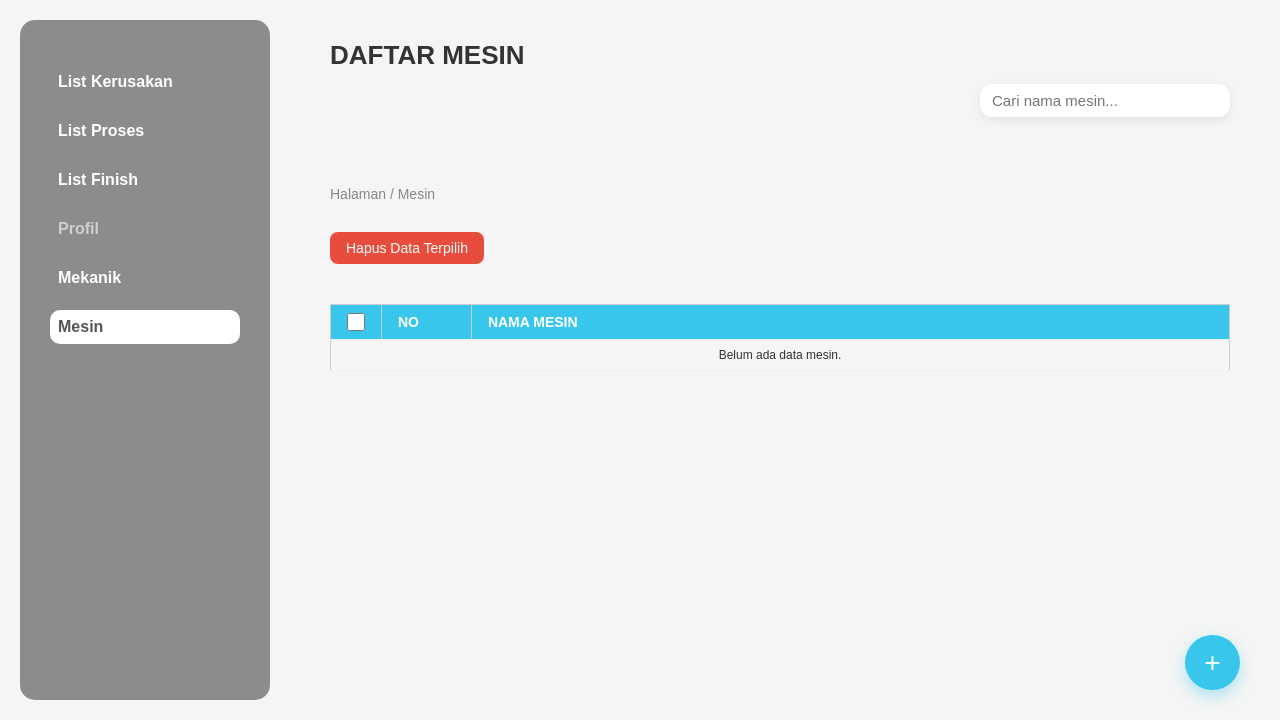
Repository: 1rHub/maintenance
Page: http://localhost/mesin.php
The author's editor kept a copy of each file at every save. The page is drawn from the files as they stood at one save, then again after the next save.
The browser window is 1280 px wide. The pictures show the whole page.
The page is run by PHP 8.4 with error messages shown; the project is at /var/www/html/. Queries for data that is not in the repository find no rows.

Above is the page before, as saved 2025-10-21 15:11:37.

### mesin.php
<?php
include "koneksi.php";
include "sidebar.php";

// === Tambah Mesin ===
if ($_SERVER["REQUEST_METHOD"] === "POST" && isset($_POST["tambah_mesin"])) {
    $nama = trim($_POST["nama_mesin"]);
    if ($nama !== "") {
        mysqli_query($conn, "INSERT INTO mesin (nama_mesin) VALUES ('$nama')");
    }
    header("Location: mesin.php");
    exit;
}

// === Hapus Mesin (multi delete) ===
if ($_SERVER["REQUEST_METHOD"] === "POST" && isset($_POST["hapus_laporan"])) {
    if (!empty($_POST["selected_id"])) {
        $ids = implode(",", array_map('intval', $_POST["selected_id"]));
        mysqli_query($conn, "DELETE FROM mesin WHERE id IN ($ids)");
    }
    header("Location: mesin.php");
    exit;
}

// === Ambil Semua Mesin ===
$result = mysqli_query($conn, "SELECT * FROM mesin ORDER BY id ASC");
$mesin_list = mysqli_fetch_all($result, MYSQLI_ASSOC);
?>
<!DOCTYPE html>
<html lang="id">

<head>
    <meta charset="UTF-8">
    <title>Data Mesin</title>
    <link rel="stylesheet" href="assets/css/style.css">
    <style>
        body {
            font-family: 'Poppins', sans-serif;
        }

        /* === MAIN CONTAINER === */
        .main-container {
            margin-left: 30px;
            padding: 40px 10px 80px;
            overflow-x: hidden;
        }

        #mesinTable {
            width: 100%;
            min-width: 900px;
            table-layout: auto;
        }

        .header-row {
            display: flex;
            align-items: center;
            justify-content: space-between;
            margin-bottom: 25px;
        }

        h1 {
            font-size: 26px;
            font-weight: 700;
            color: #333;
            margin: 0;
            margin-bottom: 90px;
        }

        .breadcrumb {
            color: #888;
            font-size: 14px;
            margin-bottom: 30px;
        }

        /* === SEARCH BOX === */
        .search-box {
            display: flex;
            align-items: center;
            background: #fff;
            border-radius: 12px;
            box-shadow: 0 3px 10px rgba(0, 0, 0, 0.08);
            padding: 8px 12px;
            width: 250px;
        }

        .search-box input {
            flex: 1;
            border: none;
            outline: none;
            background: transparent;
            font-size: 15px;
        }

        .table {
            width: 100%;
            border-collapse: collapse;
            table-layout: fixed;
            min-width: 700px;
        }

        th,
        td {
            padding: 8px 16px;
            border-bottom: 1px solid #eee;
        }

        th {
            background: #39c6ed;
            color: white;
            text-transform: uppercase;
            font-size: 14px;
        }

        td {
            color: #333;
            font-weight: 500;
        }

        /* === CHECKBOX === */
        input[type="checkbox"] {
            width: 18px;
            height: 18px;
            cursor: pointer;
        }

        /* === BUTTON HAPUS DI LUAR TABEL === */
        .hapus-btn {
            background: #e74c3c;
            color: #fff;
            border: none;
            padding: 8px 16px;
            border-radius: 8px;
            font-size: 14px;
            cursor: pointer;
            transition: 0.2s;
            margin-bottom: 20px;
        }

        .hapus-btn:hover {
            background: #c0392b;
            transform: scale(1.05);
        }

        /* === FLOATING ADD BUTTON === */
        .float-btn {
            position: fixed;
            bottom: 30px;
            right: 40px;
            background-color: #39c6ed;
            color: #fff;
            font-size: 28px;
            width: 55px;
            height: 55px;
            border-radius: 50%;
            border: none;
            box-shadow: 0 6px 15px rgba(57, 198, 237, 0.4);
            cursor: pointer;
            transition: 0.3s ease;
        }

        .float-btn:hover {
            background-color: #2da8cf;
            transform: scale(1.1);
        }

        .popup {
            display: none;
            position: fixed;
            top: 0;
            left: 0;
            width: 100%;
            height: 100%;
            background: rgba(0, 0, 0, 0.4);
            justify-content: center;
            align-items: center;
            z-index: 999;
        }

        .popup-content {
            background: #fff;
            border-radius: 12px;
            padding: 20px 30px;
            box-shadow: 0 5px 15px rgba(0, 0, 0, 0.2);
            animation: fadeIn 0.2s ease;
        }

        .close-btn2 {
            float: right;
            font-size: 22px;
            cursor: pointer;
        }

        .popup-content form input[type="text"] {
            width: 100%;
            padding: 10px;
            margin-bottom: 12px;
            border: 1px solid #ccc;
            border-radius: 6px;
        }

        .popup-content button {
            background: #39c6ed;
            color: #fff;
            border: none;
            padding: 8px 16px;
            border-radius: 6px;
            cursor: pointer;
        }

        .popup-content button:hover {
            background: #2da8cf;
        }

        /* === POPUP TAMBAH MESIN === */
        #popupTambah .popup-content {
            width: 400px;
            max-width: 90%;
        }

        /* === POPUP RIWAYAT MESIN === */
        #popupRiwayatMesin .popup-content {
            width: 90%;
            max-width: 1100px;
            /* bisa kamu ubah ke 1000–1200px sesuai selera */
            overflow-x: auto;
            max-height: 85vh;
        }

        #popupRiwayatMesin table {
            width: 100%;
            border-collapse: collapse;
            margin-top: 10px;
        }

        #popupRiwayatMesin th,
        #popupRiwayatMesin td {
            padding: 8px 10px;
            border-bottom: 1px solid #eee;
            text-align: left;
        }

        #popupRiwayatMesin th {
            background: #39c6ed;
            color: #fff;
            font-size: 14px;
            text-transform: uppercase;
        }
    </style>
</head>

<body>
    <div class="main-container">

        <!-- === HEADER ROW === -->
        <div class="header-row">
            <h1>DAFTAR MESIN</h1>
            <div class="search-box">
                <input type="text" id="searchMesin" placeholder="Cari nama mesin...">
            </div>
        </div>
        <p class="breadcrumb">Halaman / Mesin</p>

        <!-- === BUTTON HAPUS DI LUAR TABEL === -->
        <form method="POST" id="formHapus">
            <button type="button" class="hapus-btn" onclick="showHapusPopup()">Hapus Data Terpilih</button>

            <div class="table-wrapper">
                <table id="mesinTable" class="table">
                    <thead>
                        <tr>
                            <th style="width:5%; text-align:center;"><input type="checkbox" id="selectAll"></th>
                            <th style="width:10%;">No</th>
                            <th>Nama Mesin</th>
                        </tr>
                    </thead>
                    <tbody>
                        <?php if (count($mesin_list) > 0): ?>
                            <?php $no = 1;
                            foreach ($mesin_list as $m): ?>
                                <tr class="data-row">
                                    <td style="text-align:center;">
                                        <input type="checkbox" name="selected_id[]" value="<?= $m['id'] ?>">
                                    </td>
                                    <td><?= $no++ ?></td>
                                    <td>
                                        <a href="#" onclick="openRiwayatMesin('<?= htmlspecialchars($m['nama_mesin']) ?>')">
                                            <?= htmlspecialchars($m['nama_mesin']) ?>
                                        </a>
                                    </td>
                                </tr>
                            <?php endforeach; ?>
                        <?php else: ?>
                            <tr>
                                <td colspan="3" style="text-align:center;">Belum ada data mesin.</td>
                            </tr>
                        <?php endif; ?>
                    </tbody>
                </table>
            </div>
        </form>

    </div>

    <!-- ➕ Floating Add Button -->
    <button class="float-btn" onclick="openTambahPopup()">+</button>

    <!-- === POPUP TAMBAH (SAMA SEPERTI KODEMU) === -->
    <div class="popup" id="popupTambah">
        <div class="popup-content">
            <span class="close-btn2" onclick="closeTambahPopup()">&times;</span>
            <h2>Tambah Mesin Baru</h2>
            <form method="POST">
                <input type="text" name="nama_mesin" placeholder="Nama mesin baru" required>
                <button type="submit" name="tambah_mesin">Tambah</button>
            </form>
        </div>
    </div>

    <!-- === POPUP RIWAYAT (SAMA SEPERTI KODEMU) === -->
    <div class="popup" id="popupRiwayatMesin">
        <div class="popup-content" style="max-width:900px;">
            <span class="close-btn2" onclick="closeRiwayatMesin()">&times;</span>
            <h2 id="riwayatMesinTitle">Riwayat Mesin</h2>
            <table>
                <thead>
                    <tr>
                        <th>Tanggal</th>
                        <th>Pelapor</th>
                        <th>Divisi</th>
                        <th>Keterangan</th>
                        <th>Mekanik</th>
                        <th>Pesan Mekanik</th>
                        <th>Kategori</th>
                    </tr>
                </thead>
                <tbody id="riwayatMesinTable">
                    <tr>
                        <td colspan="7" style="text-align:center;">Pilih mesin untuk melihat riwayat.</td>
                    </tr>
                </tbody>
            </table>
        </div>
    </div>

    <!-- === POPUP KONFIRMASI HAPUS === -->
    <div class="popup" id="popupHapus">
        <div class="popup-content" style="width:380px; text-align:center;">
            <h3 style="margin-bottom:15px;">Konfirmasi Hapus</h3>
            <p style="color:#555; margin-bottom:25px;">Apakah kamu yakin ingin menghapus data mesin terpilih?</p>
            <div style="display:flex; justify-content:center; gap:15px;">
                <button onclick="closeHapusPopup()"
                    style="background:#ccc; border:none; color:#333; padding:8px 14px; border-radius:6px; cursor:pointer;">Batal</button>
                <button id="btnHapusYa"
                    style="background:#e74c3c; border:none; color:white; padding:8px 14px; border-radius:6px; cursor:pointer;">Ya,
                    Hapus</button>
            </div>
        </div>
    </div>


    <script>
        // === SELECT ALL CHECKBOX ===
        document.getElementById('selectAll').addEventListener('change', function () {
            const checkboxes = document.querySelectorAll('input[name="selected_id[]"]');
            checkboxes.forEach(cb => cb.checked = this.checked);
        });

        // === LIVE SEARCH ===
        document.getElementById('searchMesin').addEventListener('input', function () {
            const query = this.value.toLowerCase();
            const rows = document.querySelectorAll('#mesinTable tbody tr.data-row');
            let visible = 0;
            rows.forEach(row => {
                const nama = row.cells[2].textContent.toLowerCase();
                if (nama.includes(query)) {
                    row.style.display = '';
                    visible++;
                } else {
                    row.style.display = 'none';
                }
            });

            const tbody = document.querySelector('#mesinTable tbody');
            let emptyRow = document.getElementById('noResultRow');
            if (visible === 0) {
                if (!emptyRow) {
                    emptyRow = document.createElement('tr');
                    emptyRow.id = 'noResultRow';
                    emptyRow.innerHTML = `<td colspan="3" style="text-align:center; height:60px; color:#888;">Tidak ada mesin yang cocok.</td>`;
                    tbody.appendChild(emptyRow);
                }
            } else if (emptyRow) {
                emptyRow.remove();
            }
        });

        // === POPUP TAMBAH MESIN ===
        function openTambahPopup() {
            document.getElementById('popupTambah').style.display = 'flex';
        }

        function closeTambahPopup() {
            document.getElementById('popupTambah').style.display = 'none';
        }

        // === POPUP RIWAYAT MESIN ===
        function openRiwayatMesin(nama) {
            document.getElementById('riwayatMesinTitle').textContent = "Riwayat Mesin: " + nama;
            document.getElementById('popupRiwayatMesin').style.display = 'flex';
        }

        function closeRiwayatMesin() {
            document.getElementById('popupRiwayatMesin').style.display = 'none';
        }

        // === POPUP VALIDASI HAPUS ===
        function showHapusPopup() {
            const checkboxes = document.querySelectorAll('input[name="selected_id[]"]:checked');
            if (checkboxes.length === 0) {
                alert("Pilih minimal satu data mesin untuk dihapus.");
                return;
            }
            document.getElementById('popupHapus').style.display = 'flex';
        }

        function closeHapusPopup() {
            document.getElementById('popupHapus').style.display = 'none';
        }

        document.getElementById('btnHapusYa').addEventListener('click', function () {
            document.getElementById('formHapus').submit();
        });

    </script>

</body>

</html>

### koneksi.php
<?php
$host = "localhost";
$user = "root";
$pass = "";
$db   = "db_laporan";

$conn = new mysqli($host, $user, $pass, $db);

if ($conn->connect_error) {
    die("Koneksi gagal: " . $conn->connect_error);
}
?>

### sidebar.php
<?php

$current_page = basename($_SERVER['PHP_SELF']);
?>

<head>
    <link rel="stylesheet" href="assets/css/style.css">
</head>
<div class="sidebar">
    <ul class="menu">
        <li>
            <a href="dashboard_laporan.php" class="<?= $current_page == 'dashboard_laporan.php' ? 'active' : '' ?>">
                List Kerusakan
            </a>
        </li>
        <li>
            <a href="list_proses.php" class="<?= $current_page == 'list_proses.php' ? 'active' : '' ?>">
                List Proses
            </a>
        </li>
        <li>
            <a href="list_finish.php" class="<?= $current_page == 'list_finish.php' ? 'active' : '' ?>">
                List Finish
            </a>
        </li>
        <li>
            <a href="#" class="disabled">Profil</a>
        </li>
        <li>
            <a href="mekanik.php" class="<?= $current_page == 'mekanik.php' ? 'active' : '' ?>">
                Mekanik
            </a>
        </li>
        <li>
            <a href="mesin.php" class="<?= $current_page == 'mesin.php' ? 'active' : '' ?>">
                Mesin
            </a>
        </li>
    </ul>
    <?php if ($current_page == 'dashboard_laporan.php'): ?>
        <button class="register-btn" onclick="openPopup()">Registrasi Laporan</button>
    <?php endif; ?>
</div>

### assets/css/style.css
* {
	margin: 0;
	padding: 0;
	box-sizing: border-box;
}

body {
	font-family: -apple-system, BlinkMacSystemFont, 'Segoe UI', Roboto, Oxygen, Ubuntu, Cantarell, sans-serif;
	background-color: #f5f5f5;
	display: flex;
	height: 100vh;
}

.sidebar {
	width: 250px;
	background-color: #8c8c8c;
	padding: 30px;
	display: flex;
	flex-direction: column;
	justify-content: space-between;
	border-radius: 15px;
	margin: 20px;
}

.menu {
	list-style: none;
}

.menu li {
	margin: 15px 0;
}

.menu a {
	text-decoration: none;
	font-weight: bold;
	font-size: 16px;
	color: white;
	display: block;
	padding: 8px 8px;
	border-radius: 10px;
}

.menu a.active {
	background-color: white;
	color: #555;
}

.menu a.disabled {
	color: #cfcfcf;
	pointer-events: none;
}

.register-btn {
	background-color: white;
	border: none;
	padding: 10px;
	border-radius: 10px;
	font-weight: bold;
	cursor: pointer;
}

.main-content {
	flex: 1;
	padding: 40px;
}

.main-content h1 {
	font-size: 28px;
	font-weight: bold;
}

.main-content2 {
	margin-bottom: 38px;
}

.breadcrumb {
	margin-top: 5px;
	color: gray;
}

 /* silang pada Detail Laporan */
.popup {
  display: none;
  position: fixed;
  top: 0; left: 0;
  width: 100%;
  height: 100%;
  background: rgba(0,0,0,0.5);
  justify-content: center;
  align-items: center;
  z-index: 1000;
}

.popup-content {
  background: #fff;
  padding: 20px;
  border-radius: 12px;
  width: 400px;
  position: relative;
}

.close-btn {
	float: right;
    position: absolute;
    top: 40px;
    right: 40px;
    font-weight: bold;
	font-size: 25px;
    color: #909090;
    cursor: pointer;
    z-index: 10000; /* pastikan di atas semua isi popup */
}

.close-btn:hover {
    color: #000;
}

.popup-content h2 {
	margin-bottom: 15px;
}

.popup-content label {
	display: block;
	margin-top: 10px;
	font-weight: bold;
}

.popup-content input,
.popup-content select,
.popup-content textarea {
	width: 100%;
	padding: 8px;
	margin-top: 5px;
	border-radius: 5px;
	border: 1px solid #ccc;
}

.popup-content button {
	margin-top: 15px;
	padding: 10px;
	border: none;
	border-radius: 8px;
	background: #8c8c8c;
	color: white;
	font-weight: bold;
	cursor: pointer;
}

.hapus-float-btn {
	position: fixed;
	bottom: 25px;
	right: 25px;
	background-color: #e74c3c;
	color: white;
	padding: 12px 18px;
	border: none;
	border-radius: 8px;
	cursor: pointer;
	font-size: 15px;
	box-shadow: 0 4px 12px rgba(0, 0, 0, 0.2);
	transition: all 0.25s ease;
	z-index: 1000;
}

.hapus-float-btn:hover {
	background-color: #c0392b;
	transform: scale(1.05);
}

table {
	font-size: 12px;
	margin-top: 20px;
	width: 100%;
	border-collapse: collapse;
}

table thead {
	background: #39c6ed;
}

table,
th,
td {
	border: 1px solid #ccc;
}

th,
td {
	padding: 10px;
	text-align: left;
}

.filter {
	display: flex;
	align-items: center;
	gap: 15px;
	margin-top: 20px;
	margin-bottom: 15px;
}

.filter label {
	font-weight: bold;
}

.filter input[type="date"],
.filter select {
	padding: 5px 10px;
	border: 1px solid #ccc;
	border-radius: 6px;
	cursor: pointer;
}

.filter button {
	background-color: #39c6ed;
	color: white;
	border: none;
	border-radius: 6px;
	padding: 6px 12px;
	cursor: pointer;
	transition: 0.2s;
}

.filter button:hover {
	background-color: #666;
}

.success {
	color: green;
	font-weight: bold;
	margin-top: 10px;
}

.warning {

	color: #ff0000;
	font-weight: bold;
	margin-top: 10px;
}

.kategori {
	font-weight: bold;
	padding: 6px;
	border-radius: 6px;
	color: #fff;
	text-align: center;
}

.kategori.biasa {
	display: list-item;
	margin-top: 3px;
	color: #29b513;

}

.kategori.sedang {
	display: list-item;
	margin-top: 3px;
	color: #efae15;
}

.kategori.urgent {
	display: list-item;
	margin-top: 3px;
	color: #e74c3c;
}

#laporanTable a {
	color: inherit;
	text-decoration: none;
	cursor: pointer;
}

@keyframes fadeIn {
	from {
		opacity: 0;
		transform: scale(0.9);
	}

	to {
		opacity: 1;
		transform: scale(1);
	}
}

a {
	color: inherit;
	text-decoration: none;
}

a:hover {
	text-decoration: underline;
}

.mekanik-list {
	display: flex;
	flex-direction: column;
	gap: 8px;
	margin-top: 10px;
}

.mekanik-item {
	display: flex;
	align-items: center;
	gap: 10px;
}

.mekanik-item label {
	font-weight: 400;
	color: #000000;
	cursor: pointer;
}

.mekanik-item input[type="checkbox"] {
	width: 18px;
	height: 18px;
	accent-color: #555;
	cursor: pointer;
}

.header-container {
	display: flex;
	justify-content: space-between;
	align-items: center;
}

.menu-opsi {
	position: relative;
	display: inline-block;
}

.menu-btn {
	background: none;
	border: none;
	font-size: 22px;
	cursor: pointer;
	padding: 5px;
	color: #333;
}

.dropdown-menu {
	display: none;
	position: absolute;
	right: 0;
	top: 30px;
	background-color: white;
	border: 1px solid #ddd;
	border-radius: 6px;
	box-shadow: 0 5px 15px rgba(0, 0, 0, 0.1);
	z-index: 100;
	width: 180px;
}

.dropdown-menu button {
	width: 100%;
	border: none;
	background: none;
	padding: 10px;
	text-align: left;
	cursor: pointer;
	font-size: 14px;
}

.dropdown-menu button:hover {
	background-color: #f0f0f0;
}

.status.ditunda {
	font-style: italic;
}

.temp-alert {
	position: fixed;
	top: 80px;
	right: 30px;
	background-color: 1;
	color: #2c3e50;
	padding: 12px 20px;
	border-radius: 6px;
	box-shadow: 0 4px 10px rgba(0, 0, 0, 0.15);
	font-size: 14px;
	z-index: 2000;
	opacity: 1;
	transition: opacity 0.5s ease;
}

/* Warna untuk jenis alert berbeda */
.temp-alert.warning {
	color: rgb(255, 196, 0);
}

.temp-alert.success {
	background-color: #27ae60;
	color: white;
}

.temp-alert.error {
	background-color: #e74c3c;
	color: white;
}

.temp-alert.info {
	background-color: #3498db;
	color: white;
}

.laporan-header {
	text-align: center;
	margin-bottom: 20px;
}

.laporan-header img {
	width: 250px;
	height: auto;
	margin-bottom: 10px;
}

.laporan-header h2 {
	margin: 0;
	font-size: 15px;
	color: #333;
}

.filter {
	margin-bottom: 15px;
}

/* Sembunyikan elemen ini saat mencetak */
@media print {

	.filter,
	.menu-opsi,
	.sidebar {
		display: none !important;
	}

	.main-content {
		margin-left: 0;
	}
}

#noData {
	display: none;
	text-align: center;
	color: #000000ff;
	font-size: 12px;
	margin-top: 30px;
}

body { font-family: Arial, sans-serif; }
        .mekanik-container { margin-left: 220px; padding: 20px; }
        .mekanik-list {
            display: grid;
            grid-template-columns: repeat(auto-fill, minmax(220px, 1fr));
            gap: 16px;
            margin-top: 20px;
        }
        .mekanik-card {
            background: white;
            border-radius: 10px;
            box-shadow: 0 5px 15px rgba(0,0,0,0.1);
            padding: 16px;
            text-align: center;
            transition: 0.3s;
            cursor: pointer;
        }
        .mekanik-card:hover {
            background: #39c6ed;
            color: white;
            transform: translateY(-3px);
        }
        .editable {
            border: none;
            background: transparent;
            text-align: center;
            width: 100%;
            font-size: 16px;
            font-weight: 500;
            outline: none;
            cursor: pointer;
        }
        .float-btn {
            position: fixed;
            bottom: 25px;
            right: 25px;
            background: #39c6ed;
            color: white;
            border: none;
            border-radius: 50%;
            width: 55px;
            height: 55px;
            font-size: 28px;
            cursor: pointer;
            box-shadow: 0 5px 15px rgba(0,0,0,0.3);
        }
        .popup {
            display: none;
            position: fixed;
            top: 0; left: 0;
            width: 100%; height: 100%;
            background-color: rgba(0,0,0,0.4);
            justify-content: center;
            align-items: center;
            z-index: 999;
        }
        .popup-content {
            background: white;
            padding: 35px;
            border-radius: 10px;
            width: 550px;
            max-height: 85vh;
            overflow-y: auto;
            animation: fadeIn 0.3s ease;
        }
        @keyframes fadeIn {
            from { opacity: 0; transform: translateY(-10px); }
            to { opacity: 1; transform: translateY(0); }
        }
        .popup-content table {
            width: 100%;
            border-collapse: collapse;
        }
        .popup-content th, .popup-content td {
            border: 1px solid #ccc;
            padding: 8px;
            text-align: center;
        }
        .btn-row {
            margin-top: 20px;
            display: flex;
            justify-content: flex-end;
            gap: 10px;
        }
        .hapus-btn {
            background: #e74c3c !important;
            border: none;
            color: white;
            padding: 8px 16px;
            border-radius: 6px;
            cursor: pointer;
            font-size: 15px;
        }
        .edit-btn {
            background: #39c6ed !important;
            border: none;
            color: white;
            padding: 8px 16px;
            border-radius: 6px;
            cursor: pointer;
            font-size: 15px;
        }
        .close-btn { float: right; cursor: pointer; font-size: 20px; }
        #editNamaInput {
            display: none;
            width: 80%;
            padding: 6px;
            margin-top: 8px;
            border-radius: 5px;
            border: 1px solid #ccc;
            text-align: center;
        }

After the next save:
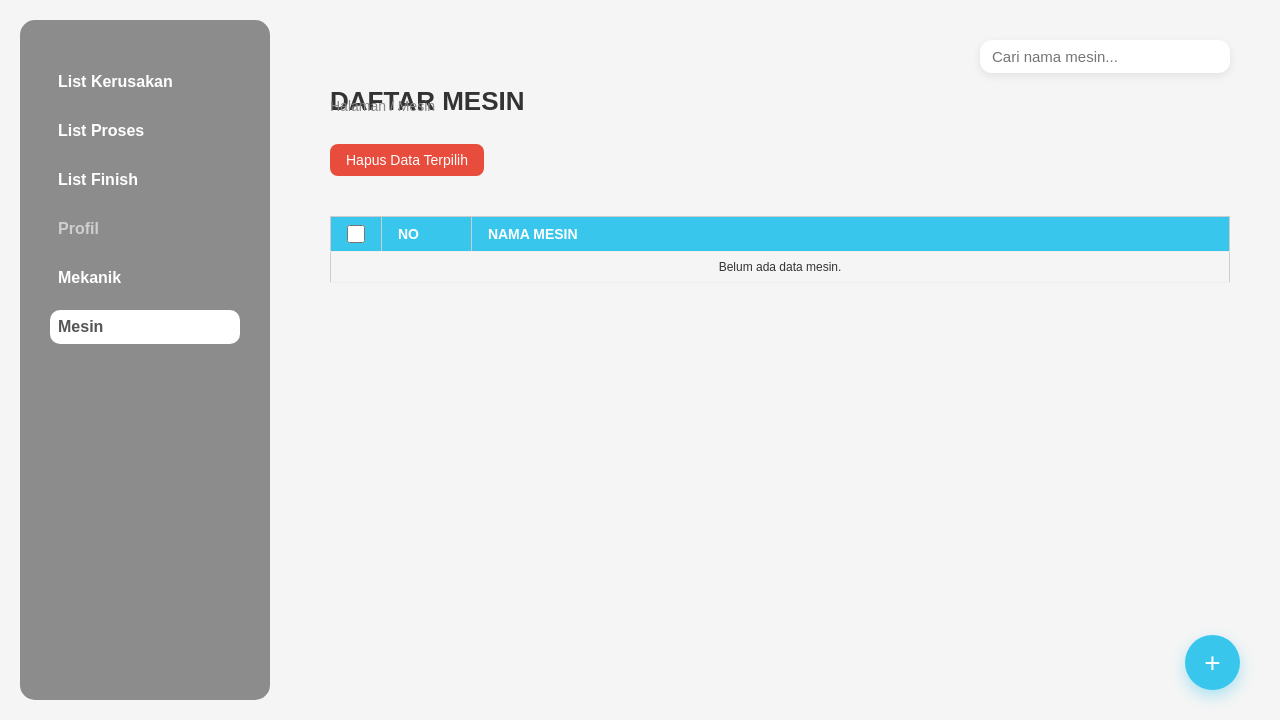
Saved 13 s later.
--- a/mesin.php
+++ b/mesin.php
@@ -63,7 +63,7 @@ $mesin_list = mysqli_fetch_all($result, MYSQLI_ASSOC);
             font-weight: 700;
             color: #333;
             margin: 0;
-            margin-bottom: 90px;
+            margin-bottom: -90px;
         }
 
         .breadcrumb {
